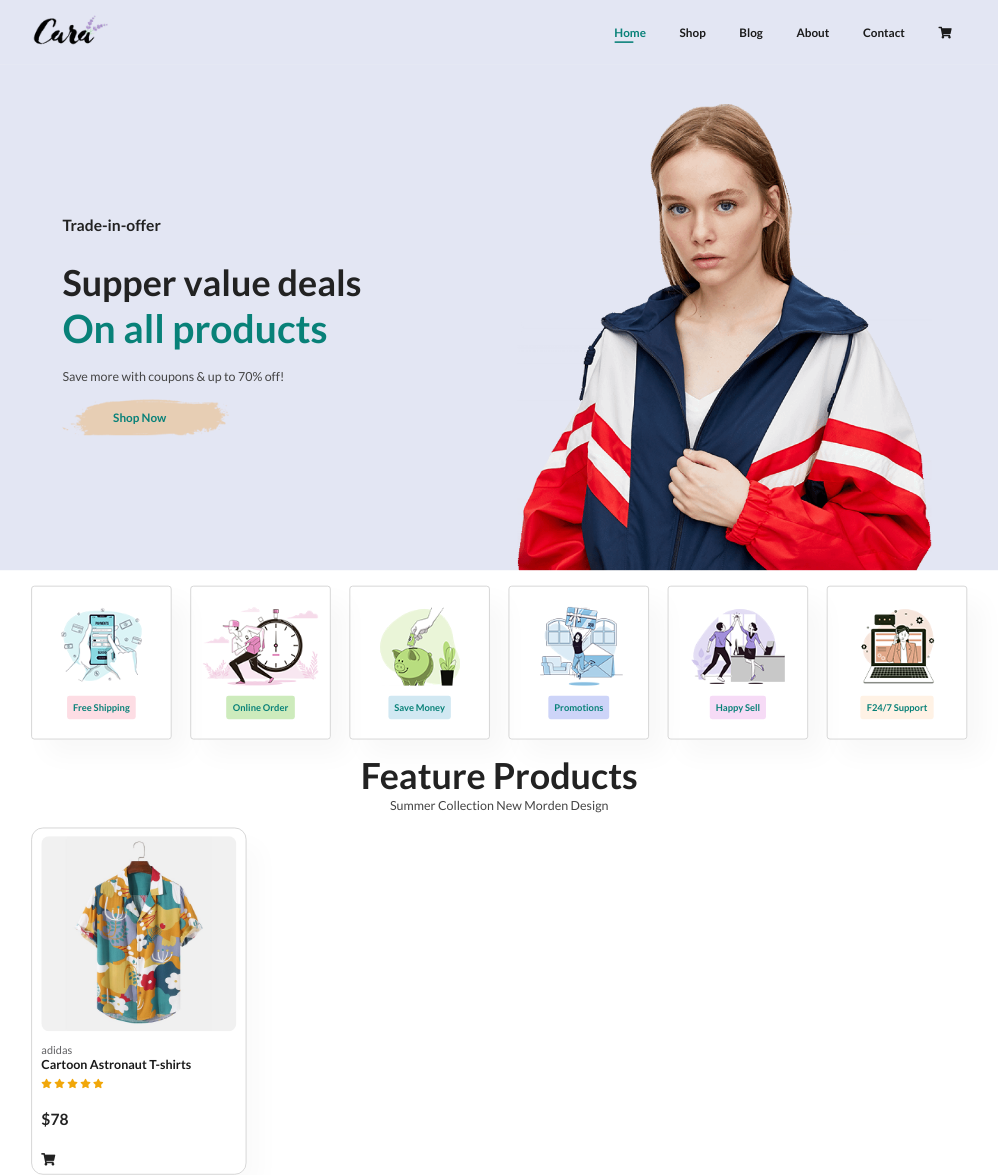
Repository: Nguyenductuan-dev/Website-Clothes
Page: index.html
These files come from the project's save history. The page is drawn as it stood at one moment and after the next save; the edit follows.
The browser window is 1280 px wide. The pictures show the whole page, at 78% of full size.

Above is the page before, as saved 2022-04-26 01:00:18.

### index.html
<!DOCTYPE html>
<html lang="en">
<head>
    <meta charset="UTF-8">
    <meta http-equiv="X-UA-Compatible" content="IE=edge">
    <meta name="viewport" content="width=device-width, initial-scale=1.0">
    <link rel="shortcut icon" href="assets/imgs/favicon.png" type="image/x-icon">
    <link rel="stylesheet" href="https://cdnjs.cloudflare.com/ajax/libs/font-awesome/5.15.1/css/all.min.css" />
    <link rel="preconnect" href="https://fonts.googleapis.com">
    <link rel="preconnect" href="https://fonts.gstatic.com" crossorigin>
    <link href="https://fonts.googleapis.com/css2?family=Lato:wght@400;700&family=Montserrat:ital,wght@0,200;0,300;0,400;0,500;0,600;0,700;1,600&display=swap" rel="stylesheet">
    <link rel="stylesheet" href="assets/css/style.css">
    <title>Website Clothes</title>
</head>
<body>
    <!-- ======================= HEADER ====================== -->
    <header class="header " id="header">
        <div class="header__container container">
            <a href="index.html" class="header__logo">
                <img src="assets/images/logo.png" alt="" class="header__logo-img">
            </a>

            <div class="navbar" id="navbar">
                <ul class="navbar__list">
                    <li class="navbar__item ">
                        <a href="index.html" class="navbar__link navbar__active">Home</a>
                    </li>
                    <li class="navbar__item">
                        <a href="shop.html" class="navbar__link">Shop</a>
                    </li>
                    <li class="navbar__item">
                        <a href="blog.html" class="navbar__link">Blog</a>
                    </li>
                    <li class="navbar__item">
                        <a href="about.html" class="navbar__link">About</a>
                    </li>
                    <li class="navbar__item">
                        <a href="contact.html" class="navbar__link">Contact</a>
                    </li>
                    <li class="navbar__item">
                        <a href="cart.html" class="navbar__link">
                            <i class="fas fa-shopping-cart"></i>
                        </a>
                    </li>
                </ul>
            </div>
        </div>
    </header>

    <!-- ======================= BANNER ====================== -->
    <section class="banner" id="banner">
        <div class="banner__container container">
            <h4>Trade-in-offer</h4>
            <h2>Supper value deals</h2>
            <h1>On all products</h1>
            <p>Save more with coupons & up to 70% off!</p>
            <button class="banner__btn">
                Shop Now
            </button>
        </div>
    </section>

    <!-- ======================= FEATURE ====================== -->
    <section class="feature container" id="feature">
        <div class="feature__box">
            <img src="assets/images/features/f1.png" alt="" class="feature__img">
            <h6 class="feature__title">Free Shipping</h6>
        </div>
        <div class="feature__box">
            <img src="assets/images/features/f2.png" alt="" class="feature__img">
            <h6 class="feature__title">Online Order</h6>
        </div>
        <div class="feature__box">
            <img src="assets/images/features/f3.png" alt="" class="feature__img">
            <h6 class="feature__title">Save Money</h6>
        </div>
        <div class="feature__box">
            <img src="assets/images/features/f4.png" alt="" class="feature__img">
            <h6 class="feature__title">Promotions</h6>
        </div>
        <div class="feature__box">
            <img src="assets/images/features/f5.png" alt="" class="feature__img">
            <h6 class="feature__title">Happy Sell</h6>
        </div>
        <div class="feature__box">
            <img src="assets/images/features/f6.png" alt="" class="feature__img">
            <h6 class="feature__title">F24/7 Support</h6>
        </div>
    </section>

    <!-- ======================= PRODUCTS ====================== -->
    <section class="product1 container" id="product1">
        <div class="product1__heading">
            <h2 class="product1__heading-title">Feature Products</h2>
            <p class="product1__heading-description">Summer Collection New Morden Design</p>
        </div>
        <div class="product1__list">
            <div class="product1__item">
                <a href="" class="product1__link">
                    <img src="assets/images/products/f1.jpg" alt="" class="product1__img">
                    <div class="product1__des">
                        <span class="product1__brand">adidas</span>
                        <h5 class="product1__title">Cartoon Astronaut T-shirts</h5>
                        <div class="product1__rate">
                            <i class="fas fa-star"></i>
                            <i class="fas fa-star"></i>
                            <i class="fas fa-star"></i>
                            <i class="fas fa-star"></i>
                            <i class="fas fa-star"></i>
                        </div>
                        <h4 class="product1__price">$78</h4>
                    </div>
                    <a href="#" class="product1__cart">
                        <i class="fas fa-shopping-cart"></i>
                    </a>
                </a>
            </div>
        </div>
    </section>

    <script src="assets/js/main.js"></script>
</body>
</html>

### assets/css/style.css
* {
    margin: 0;
    padding: 0;
    box-sizing: border-box;
    font-family: 'Lato', sans-serif;
}
h1 {
    font-size: 50px;
    line-height: 64px;
    color: #222;
}
h2 {
    font-size: 46px;
    line-height: 54px;
    color: #222;
}

h4 {
    font-size: 20px;
    line-height: 64px;
    color: #222;
}
h6 {
    font-weight: 700;
    font-size: 12px;
}
p {
    font-size: 16px;
    color: #444;
}
a {
    text-decoration: none;
    color: #222;
}
ul, li {
    list-style: none;
    padding: 0;
    margin: 0;
}
body {
    width: 100%;
}
.container {
    max-width: 1200px;
    margin: auto;
}
/* ================ HEADER =================== */
.header {
    background-color: #e3e6f3;
    box-shadow: 0 5px 15px rgba(0, 0, 0, .06);
    padding: 20px 0;
}
.header__container {
    max-width: 1200px;
    display: flex;
    justify-content: space-between;
    align-items: center;
    margin: auto;
}
.navbar {
    display: inline-block;
}
.navbar__item {
    display: inline-block;
    list-style: none;
    padding: 0 20px;
    position: relative;
}
.navbar__link {
    text-decoration: none;
    color: #1a1a1a;
    font-size: 15px;
    font-weight: 600;
    transition: .3s ease;

}
.navbar__link:hover,
.navbar__link.navbar__active {
    color: #088178;
}
.navbar__active::after,
.navbar__link:hover::after {
    content: '';
    width: 30%;
    height: 2px;
    background-color: #088178;
    position: absolute;
    bottom: -4px;
    left: 20px;
}
.scroll-header {
    position: fixed;
    top: 0;
    left: 0;
    width: 100%;
    padding: 10px 0;
    transition: .4s;
}
/* ================ BANNER =================== */
.banner {
    background-image: url('../images/hero4.png');
    width: 100%;
    background-position: top 25% right 0;
    background-size: cover;
    padding: 0 80px;
}
.banner__container {
    display: flex;
    height: 90vh;
    flex-direction: column;
    align-items: flex-start;
    justify-content: center;
}
.banner__container h4 {
    padding-bottom: 15px;
}
.banner__container h1 {
    color: #088178;
}
.banner__container p {
    padding: 20px 0;
}
.banner__container .banner__btn {
    background-image: url('../images/button.png');
    background-color: transparent;
    color: #088178;
    border: none;
    padding: 14px 80px 14px 65px;
    background-repeat: no-repeat;
    cursor: pointer;
    font-weight: 700;
    font-size: 15px;
}
/* ================ FEATURE =================== */
.feature {
    display: flex;
    justify-content: space-between;
    align-items: center;
    flex-wrap: wrap;
}
.feature__box {
    width: 180px;
    box-shadow: 20px 20px 34px rgba(0, 0, 0, .03);
    border: 1px solid #ccc;
    text-align: center;
    padding: 25px 15px;
    border-radius: 4px;
    margin-top: 20px;
}
.feature__box:hover {
    box-shadow: 10px 10px 54px rgba(70, 62, 211, .1);
}
.feature__img {
    width: 100%;
    margin-bottom: 10px;
}
.feature__title {
    padding: 9px 8px;
    line-height: 1;
    border-radius: 3px;
    color: #088178;
    background-color: #fddde4;
    display: inline-block;
}
.feature__box:nth-child(2) .feature__title {
    background-color: #cdebbc;
}
.feature__box:nth-child(3) .feature__title {
    background-color: #d1e8f2;
}
.feature__box:nth-child(4) .feature__title {
    background-color: #cdd4f8;
}
.feature__box:nth-child(5) .feature__title {
    background-color: #f6dbf6;
}
.feature__box:nth-child(6) .feature__title {
    background-color: #fff2e5;
}

/* ================ PRODUCT 1 =================== */
.product1 {
    margin-top: 20px;
}
.product1__heading {
    text-align: center;
}
.product1__list {
    margin-top: 20px;
}
.product1__item {
    width: 23%;
    min-width: 250px;
    padding: 10px 12px;
    border: 1px solid #ccc;
    box-shadow: 20px 20px 30px rgba(0, 0, 0, .02);
    border-radius: 15px;
    margin-top: 15px;
    transition: .2s ease;
    cursor: pointer;
}
.product1__item:hover {
    box-shadow: 20px 20px 30px rgba(0, 0, 0, .06);
}
.product1__img {
    width: 100%;
    border-radius: 10px;
}
.product1__des {
    padding: 10px 0;
}
.product1__brand {
    font-size: 14px;
    color: #606063;
    margin-bottom: 5px;
}
.product1__title {
    color: #1a1a1a;
    font-size: 16px;
    margin-bottom: 5px;
}
.product1__rate {
    margin-bottom: 5px;
}
.product1__rate i {
    color: #f1a709;
    font-size: 12px;
}

### assets/js/main.js
/* ================ SCROLL HEADER ================*/
function scrollheader() {
    let header = document.getElementById('header');
    if (this.scrollY >= 200) {
        header.classList.add('scroll-header');
    }
    else {
        header.classList.remove('scroll-header');
    }
}
window.addEventListener('scroll', scrollheader);

After the next save:
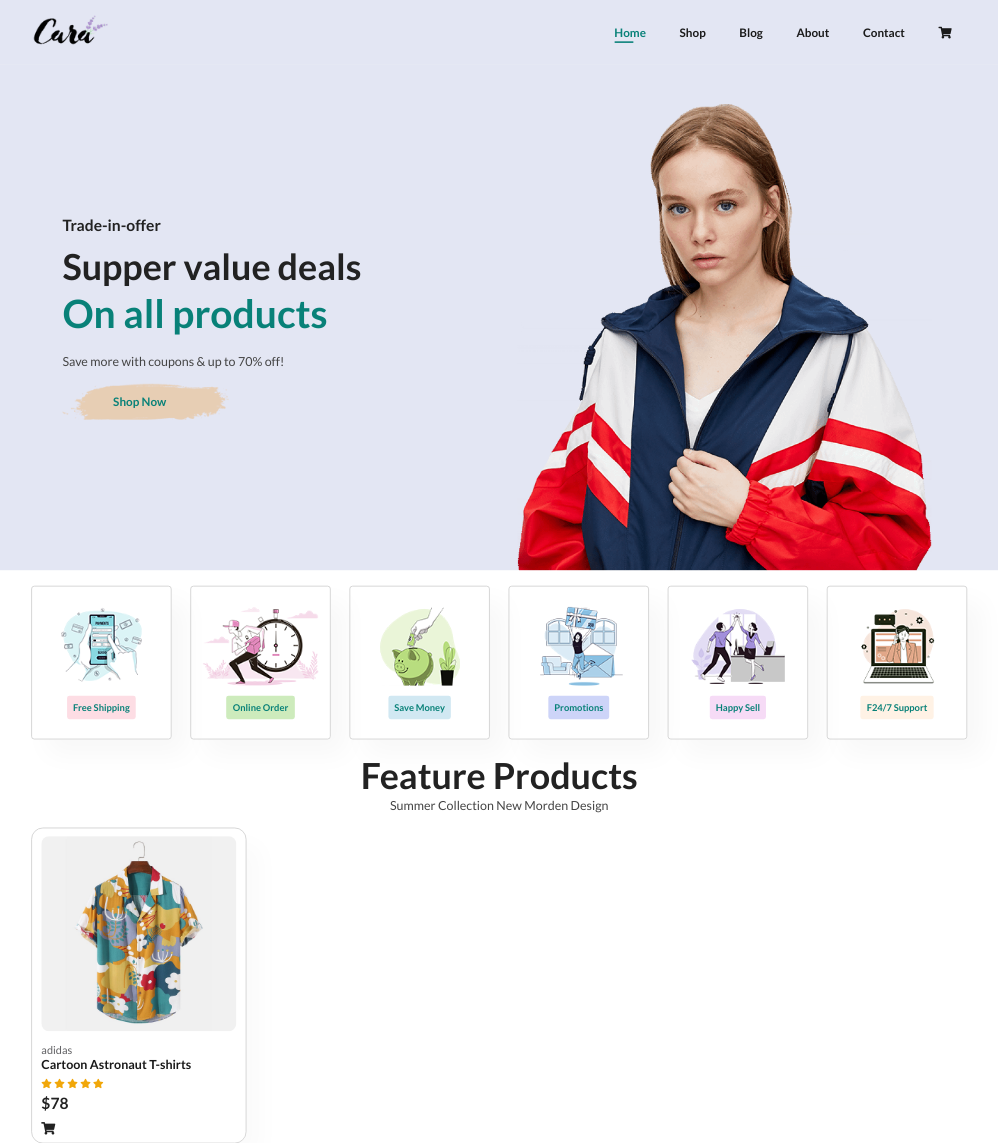
Saved 26 s later.
--- a/assets/css/style.css
+++ b/assets/css/style.css
@@ -17,7 +17,6 @@ h2 {
 
 h4 {
     font-size: 20px;
-    line-height: 64px;
     color: #222;
 }
 h6 {
